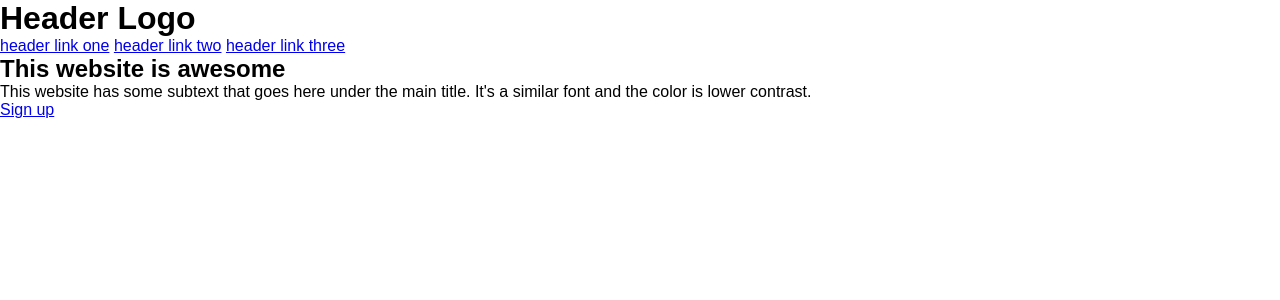
Repository: Pafestivo/Dummy-Landing-Page
Page: index.html
These files come from the project's save history. The page is drawn as it stood at one moment and after the next save; the edit follows.
The browser window is 1280 px wide. The pictures show the whole page.

Above is the page before, as saved 2022-09-26 17:32:23.

After the next save:
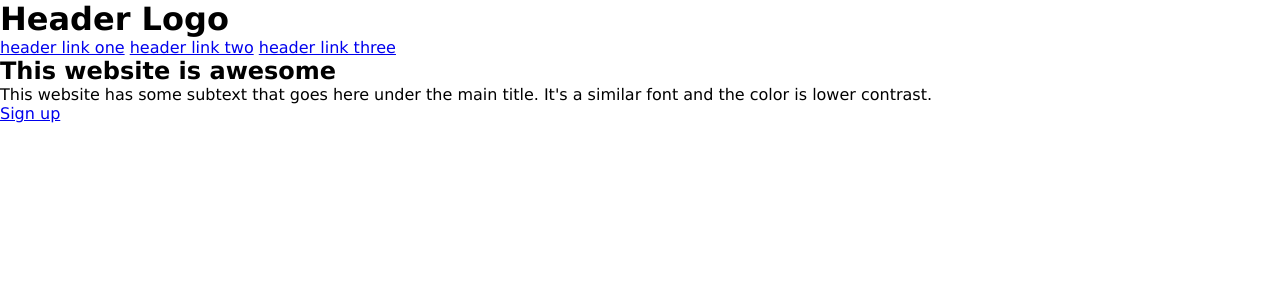
Saved 45 s later.
--- a/styles.css
+++ b/styles.css
@@ -5,5 +5,5 @@
 }
 
 body {
-  font-family: arial;
+  font-family: verdana;
 }
